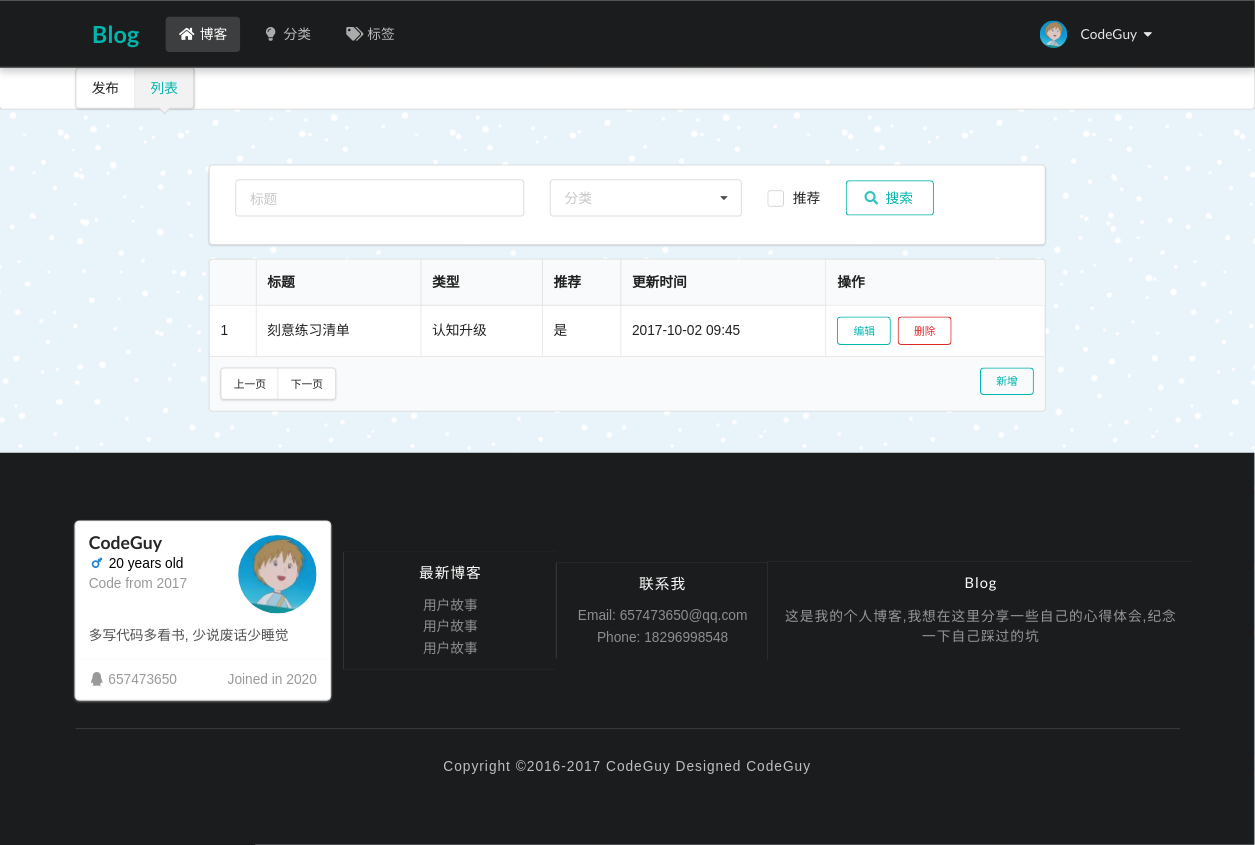
Repository: GOGOHQ/myblog
Page: admin/blogs.html
The author's editor kept a copy of each file at every save. The page is drawn from the files as they stood at one save, then again after the next save.
The browser window is 1280 px wide. The page is 1281 px wide, so the pictures cover 1281 px, including what lies to the right of the window. The pictures show the whole page, at 98% of full size.
Some web libraries are served in a nearby version.

Above is the page before, as saved 2020-01-18 16:33:01.

### admin/blogs.html
<!DOCTYPE html>
<html lang="en">
<!-- shift alt + b -->

<head>
    <meta charset="UTF-8">
    <meta name="viewport" content="width=device-width, inital-scale=1.0">
    <title>管理后台</title>
    <link rel="stylesheet" href="../static/css/me.css">
    <link rel="stylesheet" href="https://cdn.jsdelivr.net/semantic-ui/2.2.4/semantic.min.css">

</head>

<body style="background-image: url(../static/images/blue-snow.png);">
<!-- 导航 -->
<nav class="ui inverted attached segment m-padded-tb-mini m-shadow-small">
    <div class="ui container">
        <div class="ui secondary stackable inverted menu">
            <h2 class="ui teal header item">Blog</h2>
            <a href="" class="active m-item m-mobile-hide item"><i class="home icon"></i>博客</a>
            <a href="" class="m-item m-mobile-hide item"><i class="idea icon"></i>分类</a>
            <a href="" class="m-item m-mobile-hide item"><i class="tags icon"></i>标签</a>
            <div class="right menu">
                <div class="ui dropdown item m-mobile-hide m-item" style="padding-left:5px">
                    <div class="text">
                        <img class="ui avatar image" src="../static/images/avatar.jpg"> CodeGuy
                        <i class="dropdown icon"></i>
                    </div>

                    <div class="menu">
                        <div class="item"><i class="power off icon"></i>注销</div>
                    </div>
                </div>
            </div>
            <a href="#" class="menu toggle ui black icon button m-top-right m-mobile-show">
                <i class="icon sidebar"></i>
            </a>
        </div>
    </div>
</nav>
<div class="ui bottom attached pointing menu">
    <div class="ui container">
        <div class="ui left menu">
            <a href="#" class="teal item">发布</a>
            <a href="#" class="active teal item">列表</a>
        </div>
    </div>
</div>
<!-- 内容 -->
<div class="m-padded-tb-big m-small-container">
    <div class="ui container">
        <form class="ui segment stackable form" action="" method="POST">
            <div class="inline fields">
                <div class="six wide field sinput ">
                    <input type="text" name="title" placeholder="标题">
                </div>
                <div class="field sinput ">
                    <div class="ui selection dropdown">
                        <input type="hidden" name="type">
                        <i class="dropdown icon"></i>
                        <div class="default text">分类</div>
                        <div class="menu">
                            <div class="item" data-value="1">错误日志</div>
                            <div class="item" data-value="2">开发者手册</div>
                            <div class="item" data-value="1">错误日志</div>
                        </div>
                    </div>
                </div>
                <div class="field sinput">
                    <div class="ui checkbox">
                        <input type="checkbox" id="recommend" name="recommend">
                        <label for="recommend">
                            推荐
                        </label>
                    </div>
                </div>
                <div class="field sinput">
                    <button class="ui teal basic button"><i class="search icon"></i>搜索</button>
                </div>
            </div>
        </form>
        <table class="ui celled stackable table m-tb-mobile-lr">
            <thead>
            <tr>
                <th></th>
                <th>标题</th>
                <th>类型</th>
                <th>推荐</th>
                <th>更新时间</th>
                <th>操作</th>
            </tr>
            </thead>
            <tbody>
            <tr>
                <td>1</td>
                <td>刻意练习清单</td>
                <td>认知升级</td>
                <td>是</td>
                <td>2017-10-02 09:45</td>
                <td>
                    <a href="#" class="ui mini basic teal button">编辑</a>
                    <a href="#" class="ui mini basic red button">删除</a>
                </td>
            </tr>
            </tbody>
            <tfoot>
            <tr>
                <th colspan="6">
                    <div class="ui left floated mini pagination menu">
                        <a class="item">上一页</a>
                        <a class="item">下一页</a>
                    </div>
                    <a href="#" class="ui right floated mini basic teal button">新增</a>
                </th>
            </tr>
            </tfoot>
        </table>
    </div>
</div>
<!-- 底部 -->
<footer class="ui inverted vertical segment  m-padded-tb-massive ">
    <div class="ui center aligned container ">
        <div class="ui inverted stackable divided grid fluid ">
            <div class="four wide column left aligned ">
                <div class="ui fluid card ">
                    <div class="content ">
                        <img class="right circular floated tiny ui image " src="../static/images/avatar.jpg ">
                        <div class="header ">
                            CodeGuy
                        </div>
                        <div class="meta ">
                            <i class="icon blue mars stroke " style="margin:0px "></i>
                            <text style="color:black; ">20 years old</text>
                        </div>
                        <div class="meta ">
                            Code from 2017
                        </div>
                        <div class="description ">
                            多写代码多看书, 少说废话少睡觉
                        </div>
                    </div>
                    <div class="extra content ">
                        <a>
                            <i class="qq icon "></i>657473650
                        </a>
                        <span class="right floated ">
                                    Joined in 2020
                                  </span>
                    </div>
                </div>
            </div>
            <div class="center middle aligned three wide column ">
                <h4 class="ui inverted header m-text-thin m-text-spaced ">最新博客</h4>
                <div class="ui inverted link list ">
                    <a href="# " class="item ">用户故事</a>
                    <a href="# " class="item ">用户故事</a>
                    <a href="# " class="item ">用户故事</a>
                </div>
            </div>
            <div class="center aligned three wide column middle aligned ">
                <h4 class="ui inverted header m-text-thin m-text-spaced ">联系我</h4>
                <div class="ui inverted link list ">
                    <a href="# " class="item ">Email: 657473650@qq.com</a>
                    <a href="# " class="item ">Phone: 18296998548</a>

                </div>
            </div>
            <div class="six wide middle aligned column ">
                <h4 class="ui inverted header m-text-thin m-text-spaced ">Blog</h4>
                <p class="m-text-thin m-text-spaced m-text-tiny-opacity ">这是我的个人博客,我想在这里分享一些自己的心得体会,纪念一下自己踩过的坑</p>
            </div>
        </div>
        <div class="ui inverted section divider "></div>
        <p class="m-text-thin m-text-spaced m-text-mini-opacity ">Copyright ©2016-2017 CodeGuy Designed CodeGuy</p>
    </div>
</footer>
</body>
<script src="https://cdn.jsdelivr.net/npm/jquery@3.2/dist/jquery.min.js"></script>
<script src="https://cdn.jsdelivr.net/semantic-ui/2.2.4/semantic.min.js"></script>
<script>
    $('.menu.toggle').click(function () {
        $('.m-item').fadeToggle().toggleClass('m-mobile-hide')
    });
    $('.ui.dropdown').dropdown();
</script>

</html>

### static/css/me.css
/* postion */

.m-top-right {
    position: absolute !important;
    top: 0;
    right: 0;
}


/*margin*/

.m-margin-tb-tiny {
    margin-top: 0.3em !important;
    margin-bottom: 0.3em !important;
}

.m-margin-top-small {
    margin-top: 0.5em !important;
}

.m-margin-lr-small {
    margin-right: 0.5em !important;
}

.m-margin-bottom-small {
    margin-bottom: 1em !important;
}

.m-margin-top-large {
    margin-top: 2em !important;
}

.m-margin-top {
    margin-top: 1em !important;
}

body {
    font-family: "WenQuanYi Micro Hei", sans-serif !important;
}


/* padding */

.m-padded-lr-responsive {
    padding-left: 3.5em !important;
    padding-right: 3.5em !important;
}

.m-padded-mini {
    padding: 0.2em !important;
}

.m-padded-tiny {
    padding: 0.3em !important;
}

.m-padded-small {
    padding: 0.5em !important;
}

.m-padded-tb-mini {
    padding-top: 0.2em !important;
    padding-bottom: 0.2em !important;
}

.m-padded-top-middle {
    padding-top: 40px !important
}

.m-padded-tb-massive {
    padding-top: 5em !important;
    padding-bottom: 5em !important;
}

.m-padded-tb-large {
    padding-top: 2em !important;
    padding-bottom: 2em !important;
}

.m-padded-tb-big {
    padding-top: 3em !important;
    padding-bottom: 3em !important;
}

.m-padded-tb-tiny {
    padding-top: 0.3em !important;
    padding-bottom: 0.3em !important;
}

.m-padded-tb-huge {
    padding-top: 4em !important;
    padding-bottom: 4em !important;
}

.m-padded-tb {
    padding-top: 1em !important;
    padding-bottom: 1em !important;
}

.m-padded-tb-small {
    padding-top: 0.5em !important;
    padding-bottom: 0.5em !important;
}


/* shadow */

.m-shadow-small {
    -webkit-box-shadow: 0 4px 8px rgba(0, 0, 0, 0.2) !important;
    box-shadow: 0 4px 8px rgba(0, 0, 0, 0.2) !important;
}

.m-top-shadow {
    -webkit-box-shadow: 0 4px 8px rgba(0, 0, 0, 0.3) !important;
    box-shadow: 8px 0px 20px rgba(0, 0, 0, 0.6) !important;
}


/* color */

.m-black {
    color: #333 !important;
}


/* text */

.m-label-text {
    line-height: 1.6 !important;
    font-weight: 550 !important;
    letter-spacing: 1px !important;
    opacity: 0.85 !important;
}

.m-label-text-big {
    font-weight: 700 !important;
    letter-spacing: 1px !important;
    opacity: 0.9 !important;
}

.m-text-thin {
    font-weight: 400 !important
}

.m-text-spaced {
    letter-spacing: 1px !important
}

.m-text-lined {
    line-height: 1.8 !important
}

.m-text-mini-opacity {
    opacity: 0.8 !important
}

.m-text-tiny-opacity {
    opacity: 0.6 !important
}

.m-text {
    line-height: 1.6 !important;
    font-weight: 400 !important;
    letter-spacing: 1px !important;
    opacity: 0.8 !important
}

.m-info-text {
    line-height: 1.6 !important;
    font-weight: 600 !important;
    letter-spacing: 1px !important;
    opacity: 0.8 !important;
    color: #333 !important;
}


/* display */

.m-inline-block {
    display: inline-block !important;
}


/* container */

.m-container {
    max-width: 78em !important;
    margin: auto !important;
}

.m-small-container {
    max-width: 61em !important;
    margin: auto !important;
}

.m-mobile-show {
    display: none !important;
}

.sbtn {
    margin: 0 !important;
    margin-right: 120px !important;
}

.sinput {
    margin: 0 !important;
    margin-left: 12px !important;
}

.m-tb-mobile-lr {
    margin-left: 0px !important;
}

@media screen and (max-width: 768px) {
    .m-mobile-hide {
        display: none !important;
    }

    .m-mobile-show {
        display: block !important;
    }

    .m-padded-lr-responsive {
        padding-left: 0 !important;
        padding-right: 0 !important;
    }

    .m-mobile-lr-clear {
        padding-right: 0 !important;
        padding-left: 0 !important;
    }

    .m-tb-mobile-lr {
        padding-left: 12px !important;
    }

    .sbtn {
        margin-top: 10px !important;
        margin-right: 12px !important;
        margin-left: 9px !important;
    }

    .sinput {
        margin-top: 10px !important;
        margin-right: 12px !important;
    }
}

After the next save:
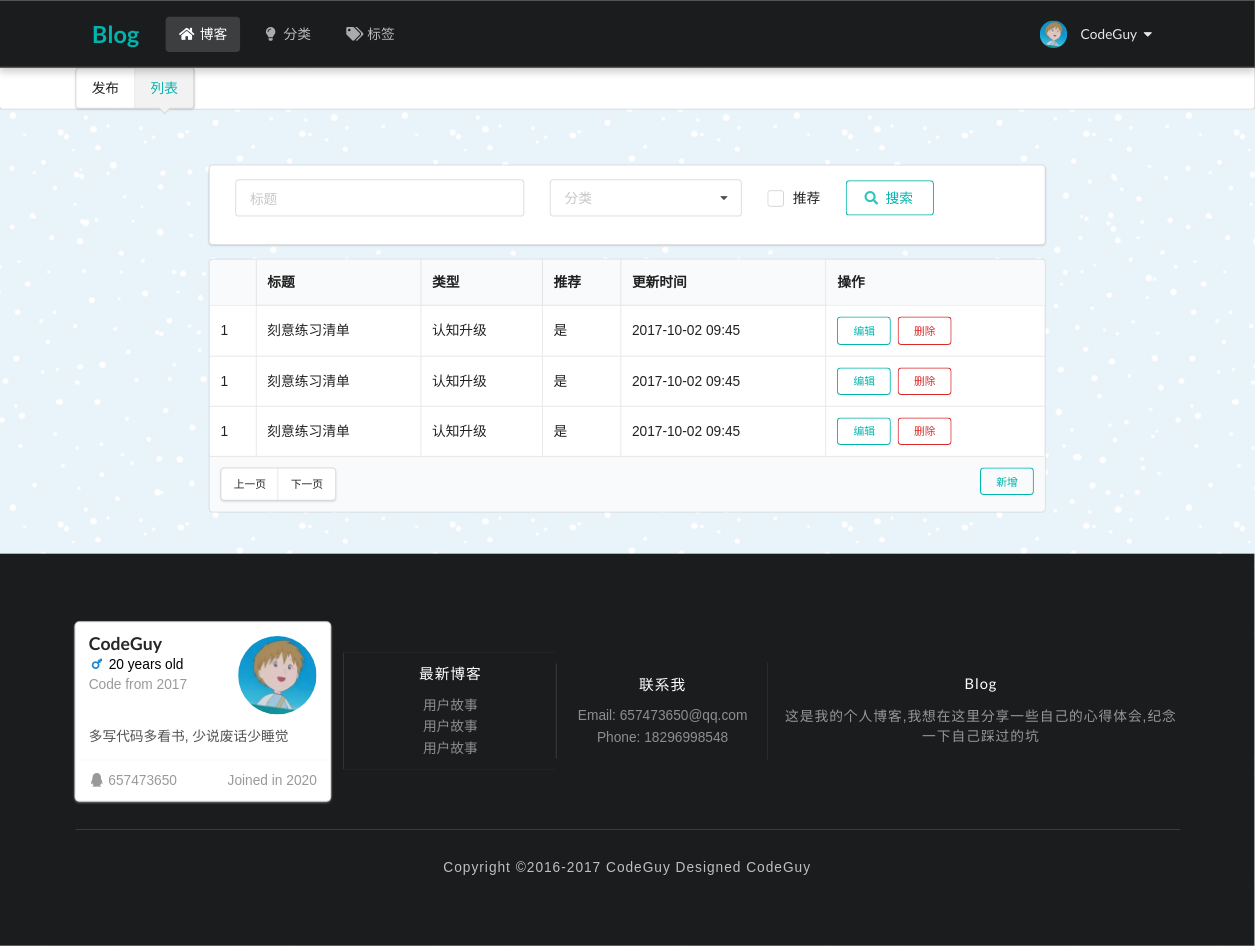
Saved 29 s later.
--- a/admin/blogs.html
+++ b/admin/blogs.html
@@ -102,6 +102,28 @@
                     <a href="#" class="ui mini basic red button">删除</a>
                 </td>
             </tr>
+            <tr>
+                <td>1</td>
+                <td>刻意练习清单</td>
+                <td>认知升级</td>
+                <td>是</td>
+                <td>2017-10-02 09:45</td>
+                <td>
+                    <a href="#" class="ui mini basic teal button">编辑</a>
+                    <a href="#" class="ui mini basic red button">删除</a>
+                </td>
+            </tr>
+            <tr>
+                <td>1</td>
+                <td>刻意练习清单</td>
+                <td>认知升级</td>
+                <td>是</td>
+                <td>2017-10-02 09:45</td>
+                <td>
+                    <a href="#" class="ui mini basic teal button">编辑</a>
+                    <a href="#" class="ui mini basic red button">删除</a>
+                </td>
+            </tr>
             </tbody>
             <tfoot>
             <tr>
